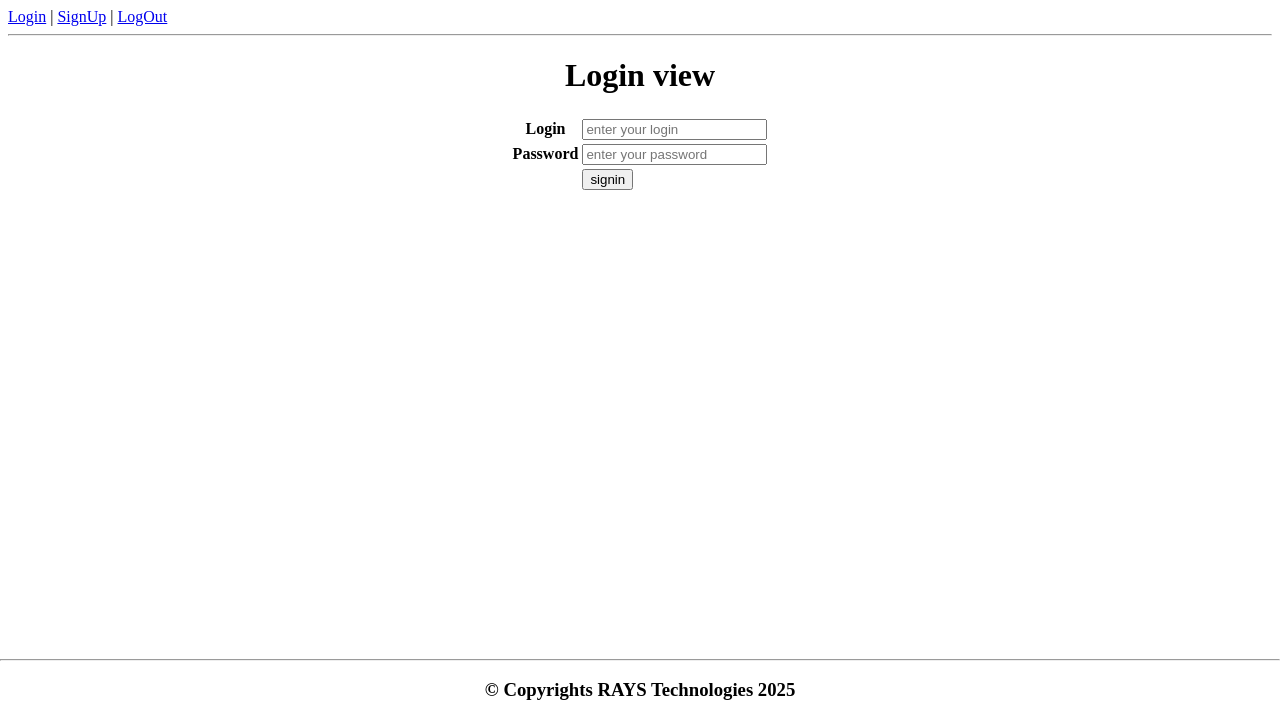
Repository: Deepak9669/JSP-Servlet
Page: http://localhost/Dynamic-Web-Project/EmployeeAddCtl.do
The author's editor kept a copy of each file at every save. The page is drawn from the files as they stood at one save, then again after the next save.
The browser window is 1280 px wide. The pictures show the whole page.
The page is served by Tomcat 9. Other server files are loaded and not shown.

Above is the page before, as saved 2025-10-04 14:17:34.

### Dynamic-Web-Project/WebContent/LoginView.jsp
<%@ page language="java" contentType="text/html; charset=ISO-8859-1"
	pageEncoding="ISO-8859-1"%>
<!DOCTYPE html>
<html>
<head>
<meta charset="ISO-8859-1">
<title>Insert title here</title>
</head>
<body>
	<%@include file="Header.jsp"%>

	<div align="center">
		<h1>Login view</h1>

		<form action="LoginCtl" method="post">

			<table>
				<tr>
					<th>Login</th>
					<td><input type="email" name="login" value=""
						placeholder="enter your login"></td>


				</tr>

				<tr>
					<th>Password</th>
					<td><input type="password" name="password" value=""
						placeholder="enter your password"></td>

				</tr>

				<tr>
					<th></th>
					<td><input type="submit" name="operation" value="signin"></td>
				</tr>

			</table>

		</form>

	</div>
	<%@include file="Footer.jsp"%>
</body>
</html>

### Dynamic-Web-Project/WebContent/Header.jsp
<%@ page language="java" contentType="text/html; charset=ISO-8859-1"
    pageEncoding="ISO-8859-1"%>
<!DOCTYPE html>
<html>
<head>
<meta charset="ISO-8859-1">
<title>Insert title here</title>
</head>
<body>
<a href="LoginCtl">Login</a> |
<a href="UserRegistrationCtl">SignUp</a> |
<a href="#">LogOut</a>
<hr>
</body>
</html>

### Dynamic-Web-Project/WebContent/Footer.jsp

<%@ page language="java" contentType="text/html; charset=ISO-8859-1"
	pageEncoding="ISO-8859-1"%>
<html>
<head>

<style type="text/css">
#footer {
	position: fixed;
	left: 0;
	width: 100%;
	bottom: 0;
	background-color: white;
	color: black;
	text-align: center;
}
</style>

</head>
<body>

	<div id="footer">
		<CENTER>
			<hr>
			<H3>&copy; Copyrights RAYS Technologies 2025</H3>
		</CENTER>
	</div>
</html>

### Dynamic-Web-Project/src/com/rays/controller/EmployeeAddCtl.java

package com.rays.controller;

import java.io.IOException;
import java.text.SimpleDateFormat;

import javax.servlet.RequestDispatcher;
import javax.servlet.ServletException;
import javax.servlet.annotation.WebServlet;
import javax.servlet.http.HttpServlet;
import javax.servlet.http.HttpServletRequest;
import javax.servlet.http.HttpServletResponse;

import com.rays.bean.EmployeeBean;
import com.rays.bean.UserBean;
import com.rays.model.EmployeeModel;
import com.rays.model.UserModel;
import com.rays.util.DataValidator;

@WebServlet("/EmployeeAddCtl.do")
public class EmployeeAddCtl extends HttpServlet {


	@Override
	protected void service(HttpServletRequest request, HttpServletResponse response)
			throws ServletException, IOException {
		String op = request.getParameter("operation");

		if (op != null) {
			if (!DataValidator.employeeValidation(request)) {
				RequestDispatcher rd = request.getRequestDispatcher("EmployeeAddView.jsp");
				rd.forward(request, response);
				return;

			}
		}

		super.service(request, response);
	}


	protected void doGet(HttpServletRequest request, HttpServletResponse response)
			throws ServletException, IOException {

		EmployeeModel model = new EmployeeModel();
		EmployeeBean bean = new EmployeeBean();

		String id = request.getParameter("id");
		System.out.println("id >>>>-- " + id);

		if (id != null) {
			try {
				bean = model.findById(Integer.parseInt(id));
				request.setAttribute("bean", bean);
			} catch (Exception e) {
				e.printStackTrace();
			}
		}

		RequestDispatcher rd = request.getRequestDispatcher("EmployeeAddView.jsp");
		rd.forward(request, response);

	}

	protected void doPost(HttpServletRequest request, HttpServletResponse response)
			throws ServletException, IOException {

		String op = request.getParameter("operation");


		EmployeeBean bean = new EmployeeBean();
		EmployeeModel model = new EmployeeModel();

		String employee = request.getParameter("employee");
		String salary = request.getParameter("salary");
		String status = request.getParameter("status");
		String login = request.getParameter("login");
		String password = request.getParameter("password");

		try {
			bean.setEmployee(employee);
			bean.setSalary(salary);
			bean.setStatus(status);
			bean.setPassword(password);
			bean.setLogin(login);



			if (op.equals("update")) {
				bean.setId(Integer.parseInt(request.getParameter("id")));
				model.update(bean);
				request.setAttribute("successMsg", "User updated Successfully");
			} else {
				model.add(bean);
				request.setAttribute("successMsg", "User added Successfully");
			}

		} catch (Exception e) {
			request.setAttribute("errorMsg", e.getMessage());
			e.printStackTrace();
		}

		RequestDispatcher rd = request.getRequestDispatcher("EmployeeAddView.jsp");
		rd.forward(request, response);

	}

}

After the next save:
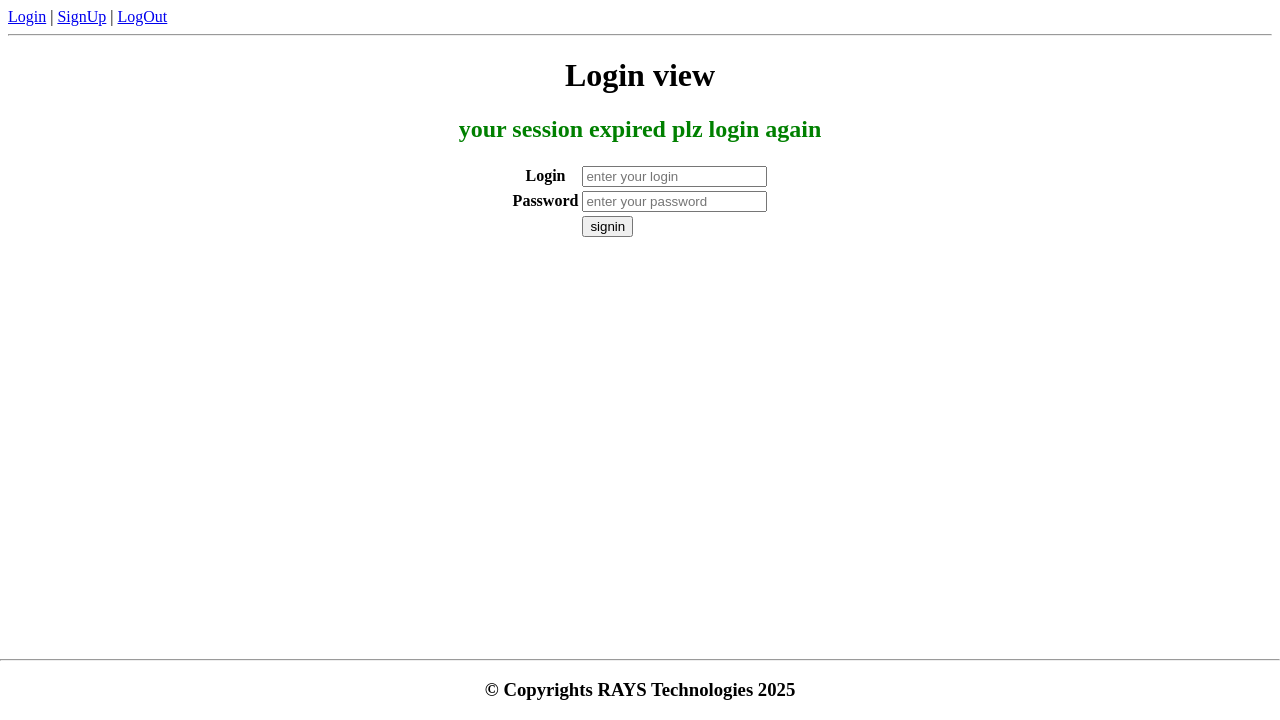
Saved 7 min 10 s later.
--- a/Dynamic-Web-Project/WebContent/LoginView.jsp
+++ b/Dynamic-Web-Project/WebContent/LoginView.jsp
@@ -7,10 +7,24 @@
 <title>Insert title here</title>
 </head>
 <body>
+
+
+	<%
+		String errorMsg = (String) request.getAttribute("errorMsg");
+	%>
 	<%@include file="Header.jsp"%>
 
 	<div align="center">
 		<h1>Login view</h1>
+
+		<%
+		if(errorMsg!=null){
+
+		%>
+		<h2 style="color:green"><%=errorMsg%></h2>
+		<%
+		}
+		%>
 
 		<form action="LoginCtl" method="post">
 
